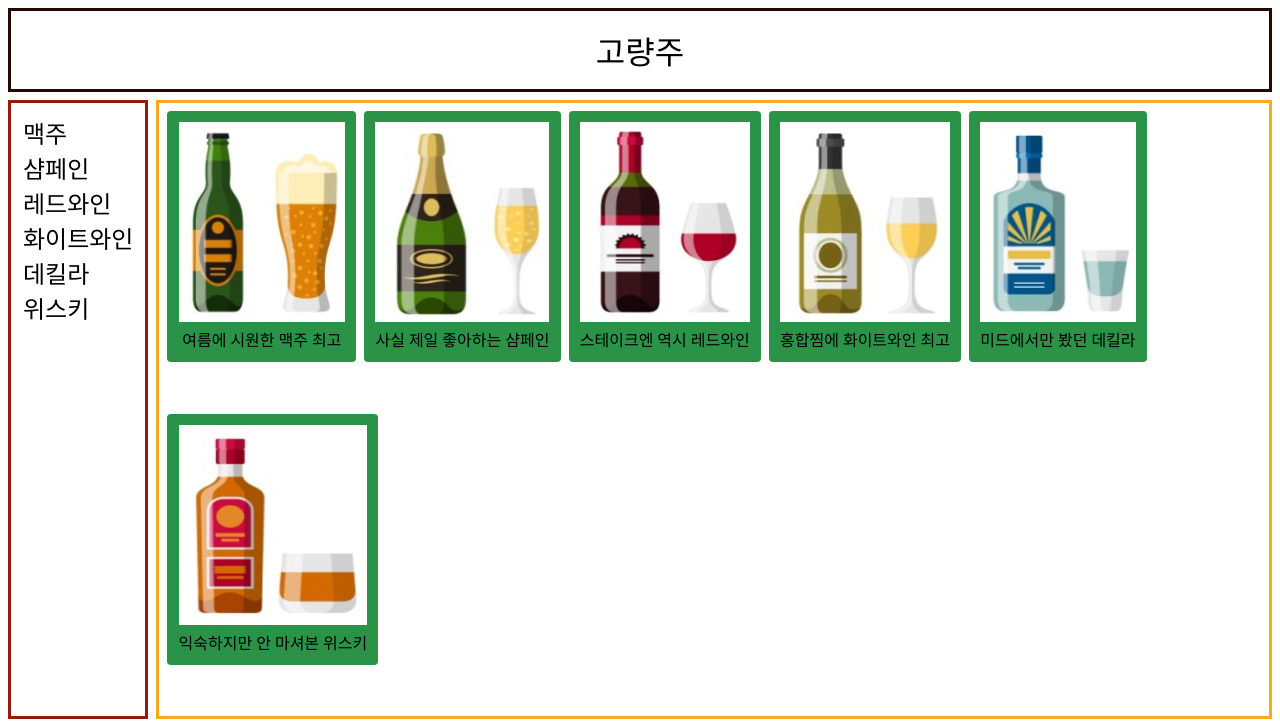
Repository: Jay-JYKim91/grj_2nd_week
Page: index.html
An editor plug-in stored every save of this project. The page is shown before and after the next save, followed by the edit.
The browser window is 1280 px wide. The pictures show the whole page.
Some web fonts or font styles are not loaded; a fallback is used.

Above is the page before, as saved 2022-05-03 14:59:40.

After the next save:
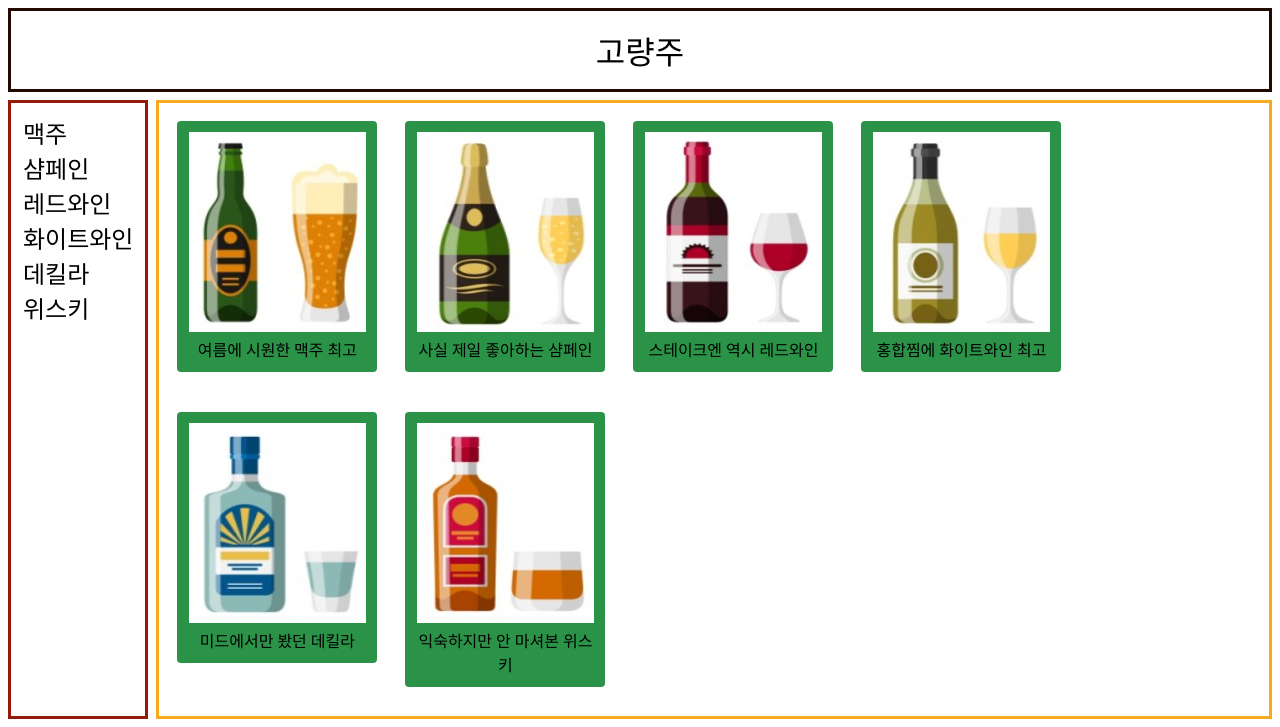
Saved 7 min 55 s later.
--- a/styles.css
+++ b/styles.css
@@ -46,6 +46,9 @@ aside {
   text-align: center;
   height: fit-content;
   border-radius: 4px;
+
+  width: 200px;
+  margin: 10px;
 }
 
 .card img {
